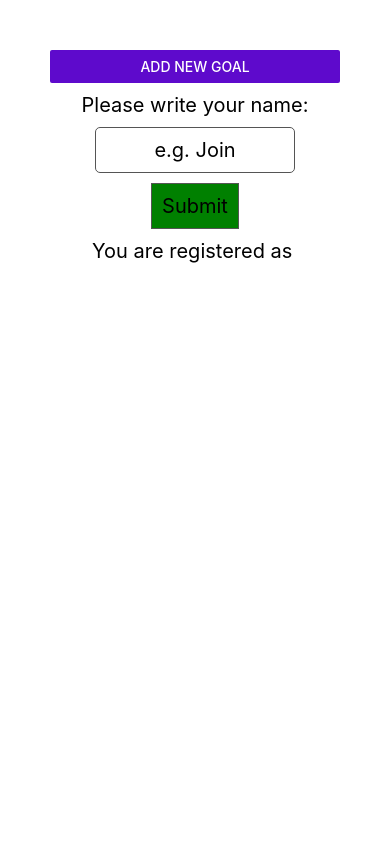
Repository: ntu34543/React-Native-Example1
Screen: /
An editor plug-in stored every save of this project. The screen is shown before and after the next save, followed by the edit.
The app was drawn by React Native's web renderer in a window 390 px wide. The project was rebuilt for these pictures with package versions that can differ from the ones it lists, and the page was loaded fresh each time. Also part of the build but not shown: components/Goalltem.js.

Above is the screen before, as saved 2022-09-12 16:09:06.

After the next save:
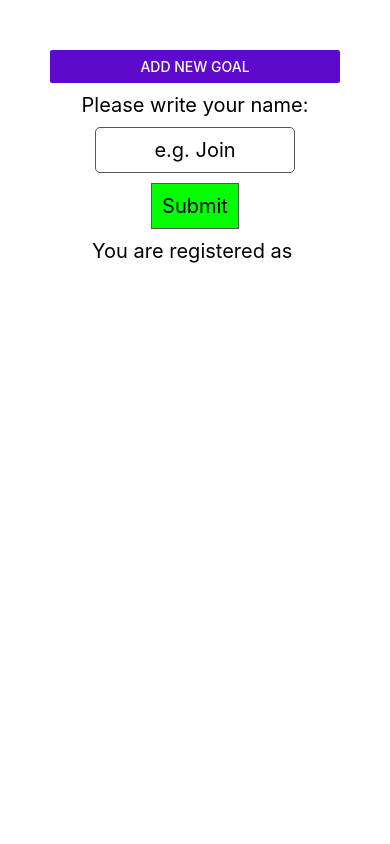
Saved 4 s later.
--- a/App.js
+++ b/App.js
@@ -139,7 +139,6 @@ const styles = StyleSheet.create({
   button: {
     borderWidth: 1,
     borderColor: "#555",
-    backgroundColor: "green",
-    color: "#00ff00",
+    backgroundColor: "#00ff00",
   }
 });
